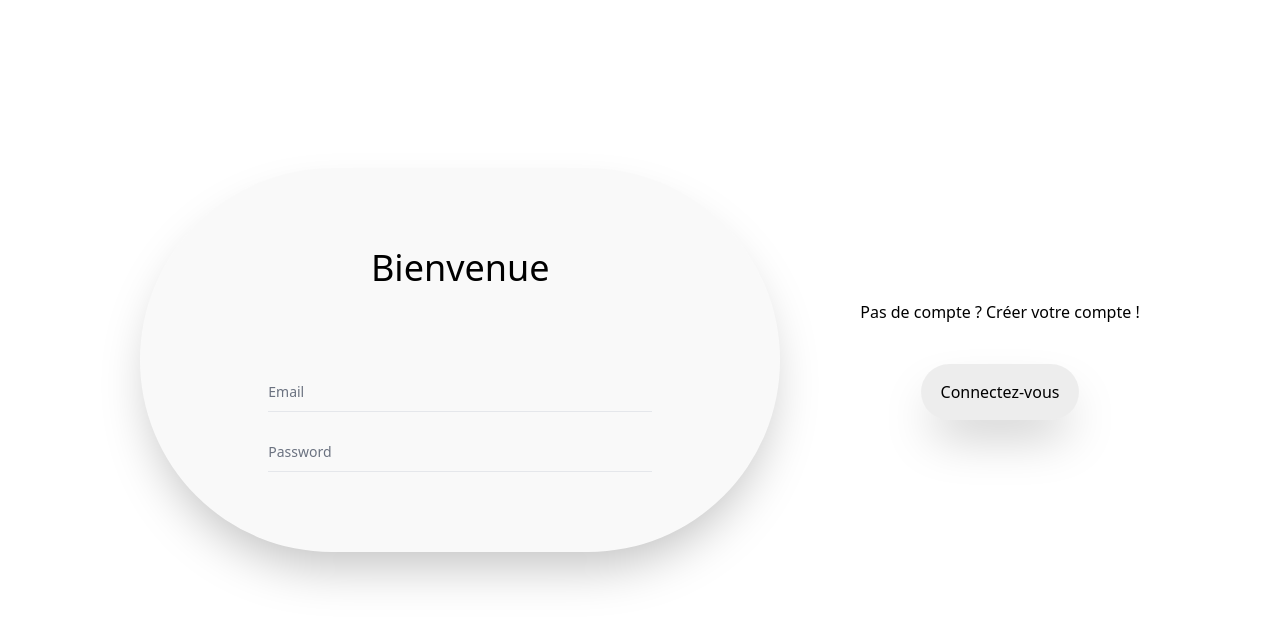
Repository: Adrien-legeleu/e-commerce
Page: / (app in admin/)
These files come from the project's save history. The page is drawn as it stood at one moment and after the next save; the edit follows.
The browser window is 1280 px wide. The pictures show the whole page.
The project was rebuilt for these pictures with package versions that can differ from the ones it lists, and the page was loaded fresh each time. Also part of the build but not shown: admin/vite.config.ts, admin/src/components/auth/Register.tsx, admin/src/components/header/Header.tsx, admin/src/components/header/index.ts, admin/src/components/products/ModalProduct.tsx, admin/src/components/products/CreateProduct.tsx, admin/src/components/products/Updateproduct.tsx, admin/src/components/products/Products.tsx and 2 more.

Above is the page before, as saved 2024-05-20 12:26:58.

After the next save:
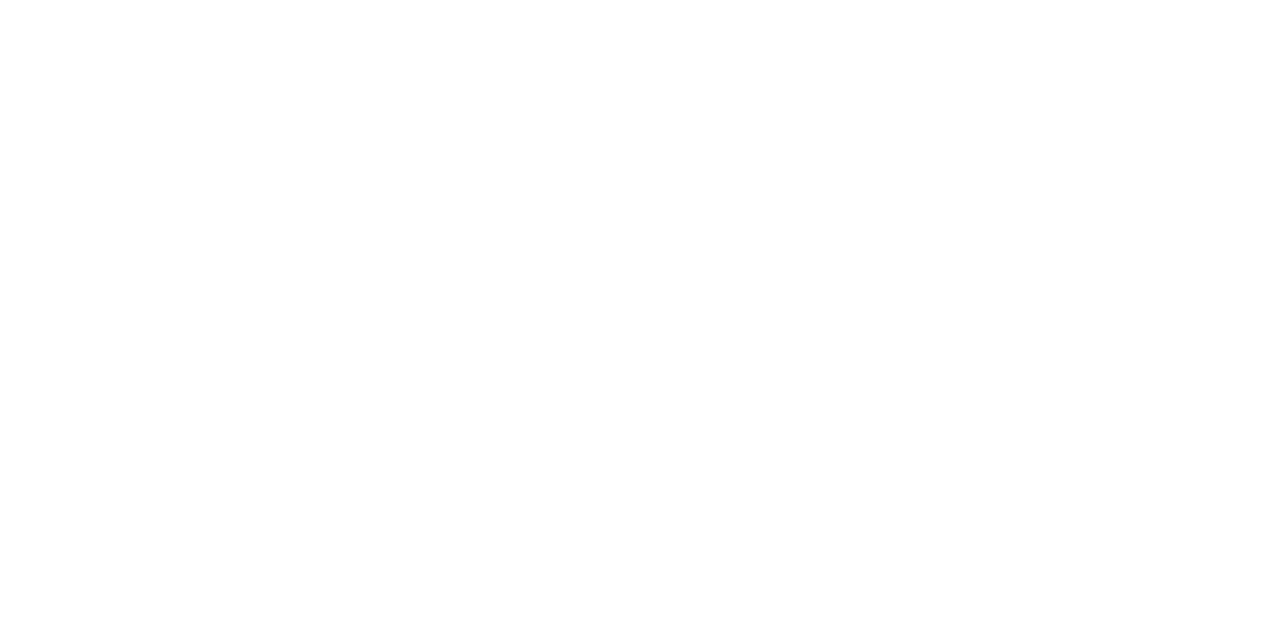
Saved 65 s later.
--- a/admin/src/main.tsx
+++ b/admin/src/main.tsx
@@ -4,9 +4,12 @@
 
 import "./index.css";
 import App from "./App";
+import { ToastContainer } from "react-toastify";
 
 ReactDOM.createRoot(document.getElementById("root")!).render(
   <React.StrictMode>
-    <App />
+    <ToastContainer>
+      <App />
+    </ToastContainer>
   </React.StrictMode>
 );

After the save that followed:
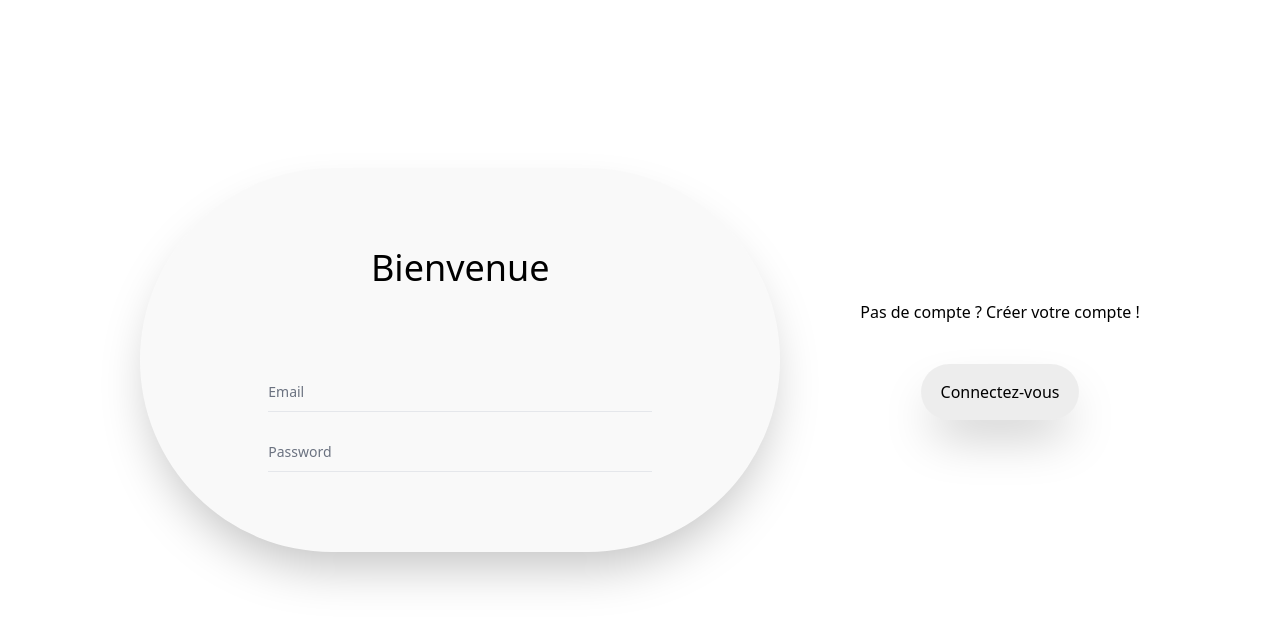
Saved 24 s later.
--- a/admin/src/main.tsx
+++ b/admin/src/main.tsx
@@ -1,15 +1,14 @@
 import React from "react";
 import ReactDOM from "react-dom/client";
 import "react-toastify/dist/ReactToastify.css";
+import { ToastContainer } from "react-toastify";
 
 import "./index.css";
 import App from "./App";
-import { ToastContainer } from "react-toastify";
 
 ReactDOM.createRoot(document.getElementById("root")!).render(
   <React.StrictMode>
-    <ToastContainer>
-      <App />
-    </ToastContainer>
+    <App />
+    <ToastContainer />
   </React.StrictMode>
 );
